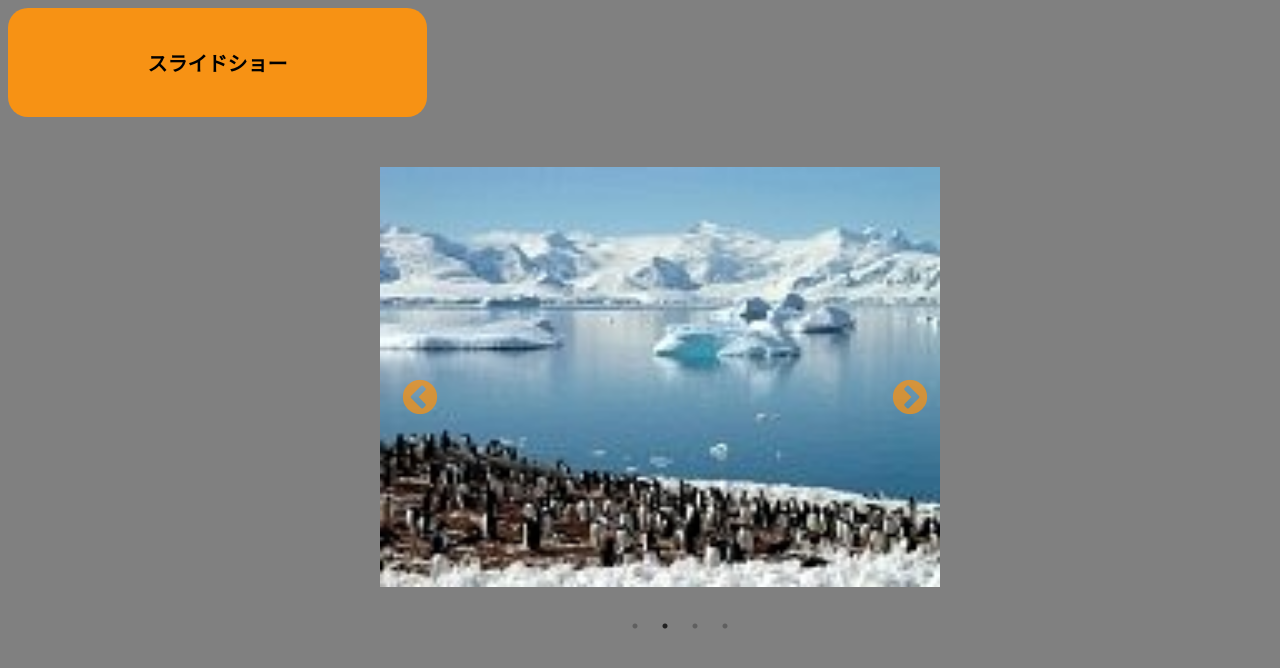
Repository: uemura-15/slideShow
Page: contents/index.html
The author's editor kept a record of every edit. The page is drawn from the files as they stood at one moment, then again after the next edit.
The browser window is 1280 px wide. The pictures show the whole page.

Above is the page before.

After the next edit:
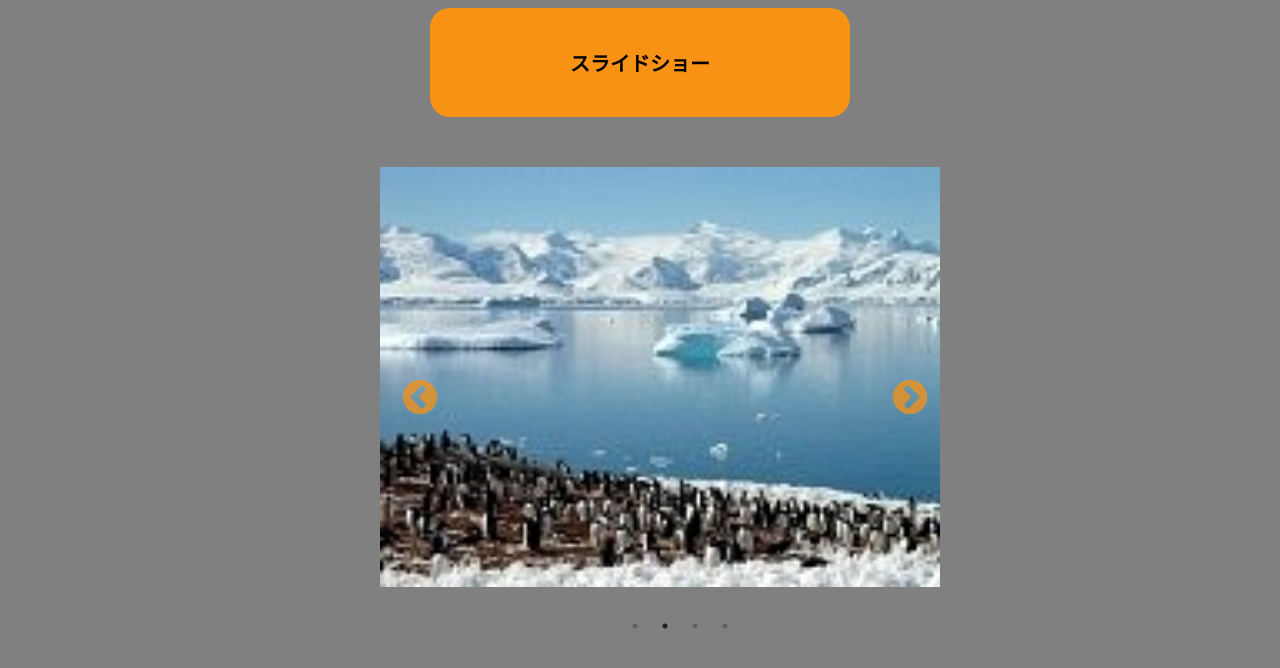
The edit:
--- a/contents/css/style.css
+++ b/contents/css/style.css
@@ -12,7 +12,8 @@
     padding: 20px;
     background-color: #f79214;
     border-radius: 20px;
-    background-position: center;
+    margin-right: auto;
+    margin-left: auto;
 }
 
 h3 {
